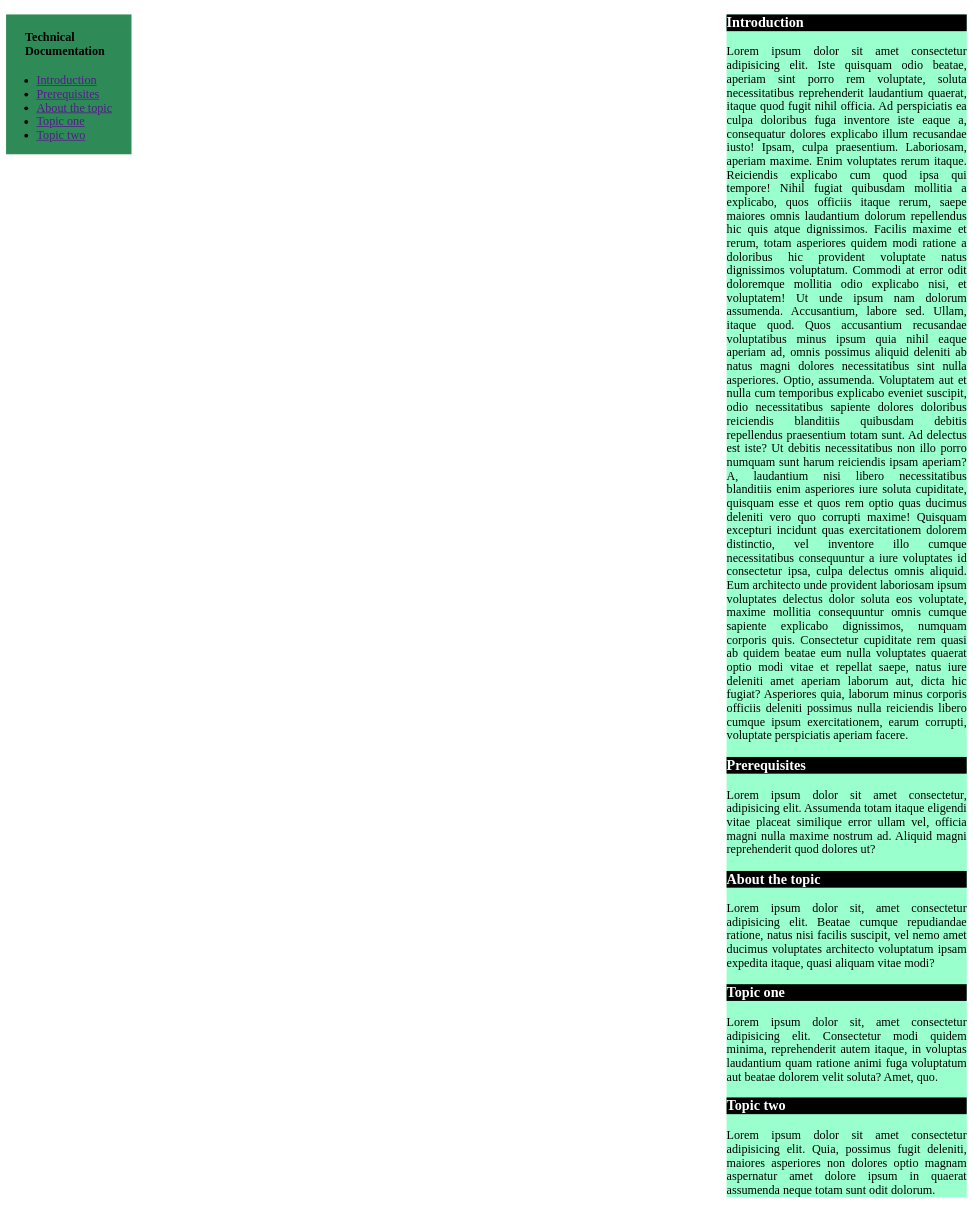
Repository: JoaoLemesDEV/Excercise-Tech-Documentation-Page
Page: index.html
These files come from the project's save history. The page is drawn as it stood at one moment and after the next save; the edit follows.
The browser window is 1280 px wide. The pictures show the whole page, at 76% of full size.

Above is the page before, as saved 2021-10-03 20:09:16.

### index.html
<!DOCTYPE html>
<html lang="en">
  <head>
    <meta charset="UTF-8" />
    <meta http-equiv="X-UA-Compatible" content="IE=edge" />
    <meta name="viewport" content="width=device-width, initial-scale=1.0" />
    <title>Technical Documentaion</title>
    <link rel="stylesheet" href="index.css" />
  </head>
  <body>
    <div id="menu">
      <h4 text-align="left">Technical<br />Documentation</h4>
      <nav>
        <ul>
          <li><a href="">Introduction</a></li>
          <li><a href="">Prerequisites</a></li>
          <li><a href="">About the topic</a></li>
          <li><a href="">Topic one</a></li>
          <li><a href="">Topic two</a></li>
        </ul>
      </nav>
    </div>
    <div id="contents">
      <section id="introduction">
        <h3 style="background: black; color: white">Introduction</h3>
        <p>
          Lorem ipsum dolor sit amet consectetur adipisicing elit. Iste quisquam
          odio beatae, aperiam sint porro rem voluptate, soluta necessitatibus
          reprehenderit laudantium quaerat, itaque quod fugit nihil officia. Ad
          perspiciatis ea culpa doloribus fuga inventore iste eaque a,
          consequatur dolores explicabo illum recusandae iusto! Ipsam, culpa
          praesentium. Laboriosam, aperiam maxime. Enim voluptates rerum itaque.
          Reiciendis explicabo cum quod ipsa qui tempore! Nihil fugiat quibusdam
          mollitia a explicabo, quos officiis itaque rerum, saepe maiores omnis
          laudantium dolorum repellendus hic quis atque dignissimos. Facilis
          maxime et rerum, totam asperiores quidem modi ratione a doloribus hic
          provident voluptate natus dignissimos voluptatum. Commodi at error
          odit doloremque mollitia odio explicabo nisi, et voluptatem! Ut unde
          ipsum nam dolorum assumenda. Accusantium, labore sed. Ullam, itaque
          quod. Quos accusantium recusandae voluptatibus minus ipsum quia nihil
          eaque aperiam ad, omnis possimus aliquid deleniti ab natus magni
          dolores necessitatibus sint nulla asperiores. Optio, assumenda.
          Voluptatem aut et nulla cum temporibus explicabo eveniet suscipit,
          odio necessitatibus sapiente dolores doloribus reiciendis blanditiis
          quibusdam debitis repellendus praesentium totam sunt. Ad delectus est
          iste? Ut debitis necessitatibus non illo porro numquam sunt harum
          reiciendis ipsam aperiam? A, laudantium nisi libero necessitatibus
          blanditiis enim asperiores iure soluta cupiditate, quisquam esse et
          quos rem optio quas ducimus deleniti vero quo corrupti maxime!
          Quisquam excepturi incidunt quas exercitationem dolorem distinctio,
          vel inventore illo cumque necessitatibus consequuntur a iure
          voluptates id consectetur ipsa, culpa delectus omnis aliquid. Eum
          architecto unde provident laboriosam ipsum voluptates delectus dolor
          soluta eos voluptate, maxime mollitia consequuntur omnis cumque
          sapiente explicabo dignissimos, numquam corporis quis. Consectetur
          cupiditate rem quasi ab quidem beatae eum nulla voluptates quaerat
          optio modi vitae et repellat saepe, natus iure deleniti amet aperiam
          laborum aut, dicta hic fugiat? Asperiores quia, laborum minus corporis
          officiis deleniti possimus nulla reiciendis libero cumque ipsum
          exercitationem, earum corrupti, voluptate perspiciatis aperiam facere.
        </p>
      </section>
      <section id="Prerequisites">
        <h3 style="background: black; color: white">Prerequisites</h3>
        <p>
          Lorem ipsum dolor sit amet consectetur, adipisicing elit. Assumenda
          totam itaque eligendi vitae placeat similique error ullam vel, officia
          magni nulla maxime nostrum ad. Aliquid magni reprehenderit quod
          dolores ut?
        </p>
      </section>
      <section id="about the topic">
        <h3 style="background: black; color: white">About the topic</h3>
        <p>
          Lorem ipsum dolor sit, amet consectetur adipisicing elit. Beatae
          cumque repudiandae ratione, natus nisi facilis suscipit, vel nemo amet
          ducimus voluptates architecto voluptatum ipsam expedita itaque, quasi
          aliquam vitae modi?
        </p>
      </section>
      <section id="topic one">
        <h3 style="background: black; color: white">Topic one</h3>
        <p>
          Lorem ipsum dolor sit, amet consectetur adipisicing elit. Consectetur
          modi quidem minima, reprehenderit autem itaque, in voluptas laudantium
          quam ratione animi fuga voluptatum aut beatae dolorem velit soluta?
          Amet, quo.
        </p>
      </section>
      <section id="topic two">
        <h3 style="background: black; color: white">Topic two</h3>
        <p>
          Lorem ipsum dolor sit amet consectetur adipisicing elit. Quia,
          possimus fugit deleniti, maiores asperiores non dolores optio magnam
          aspernatur amet dolore ipsum in quaerat assumenda neque totam sunt
          odit dolorum.
        </p>
      </section>
    </div>
  </body>
</html>

### index.css
#menu{
float: left;
background-color: seagreen;
width: 165px;
}

#menu h4{
margin-left: 25px;
}

#contents{
	margin-left: 75%;
	background: #9FC;
  text-align: justify;
}

}
section#introduction P{
  color: blue;
  text-align: justify;
}

After the next save:
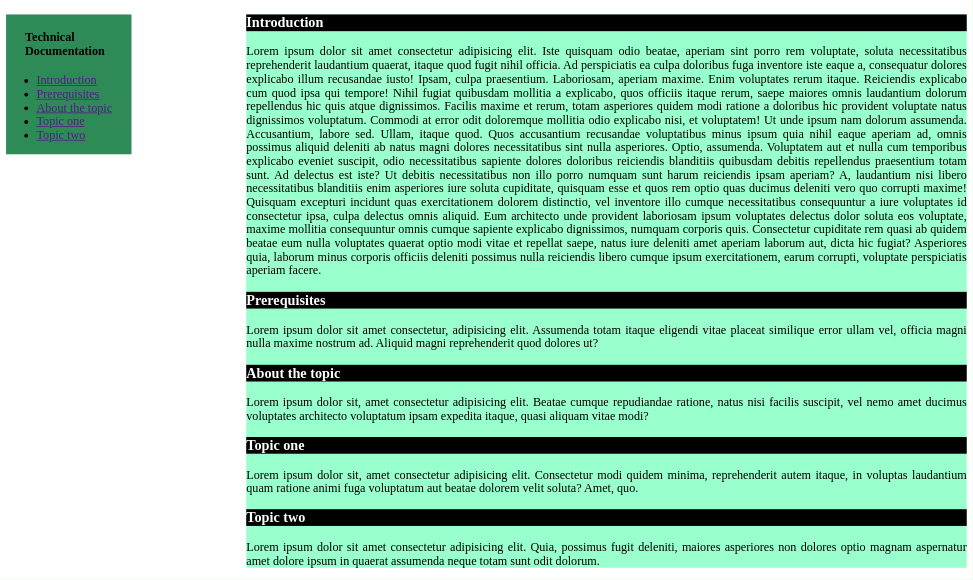
Saved 7 s later.
--- a/index.css
+++ b/index.css
@@ -9,7 +9,7 @@ margin-left: 25px;
 }
 
 #contents{
-	margin-left: 75%;
+	margin-left: 25%;
 	background: #9FC;
   text-align: justify;
 }
